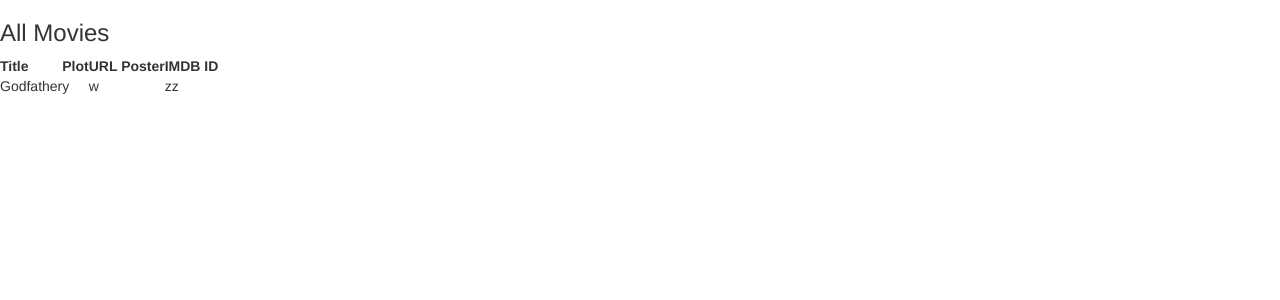
Repository: gitsana/JoseAnnunziato
Page: MyRestfulService/WebContent/movies.html
The author's editor kept a copy of each file at every save. The page is drawn from the files as they stood at one save, then again after the next save.
The browser window is 1280 px wide. The pictures show the whole page.

Above is the page before, as saved 2015-10-02 01:19:20.

After the next save:
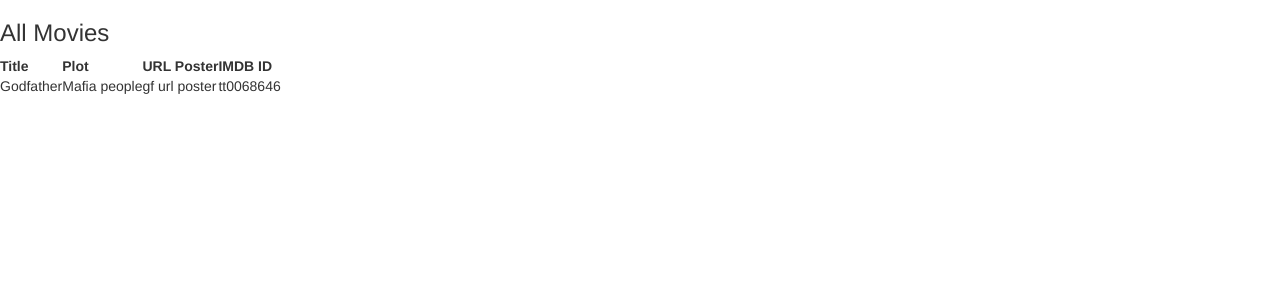
Saved 48 s later.
--- a/MyRestfulService/WebContent/movies.html
+++ b/MyRestfulService/WebContent/movies.html
@@ -26,7 +26,8 @@
 				imdbid: "tt0068646"
 		};
 
-		$("#movietable").last().append("<tr><td>" + movie.title + "</td><td>y</td><td>w</td><td>zz</td></tr>");
+		$("#movietable").last().append("<tr><td>" + movie.title + "</td><td>" + movie.plot +
+				"</td><td>" + movie.urlposter + "</td><td>" + movie.imdbid + "</td></tr>");
 
 	});
 </script>
